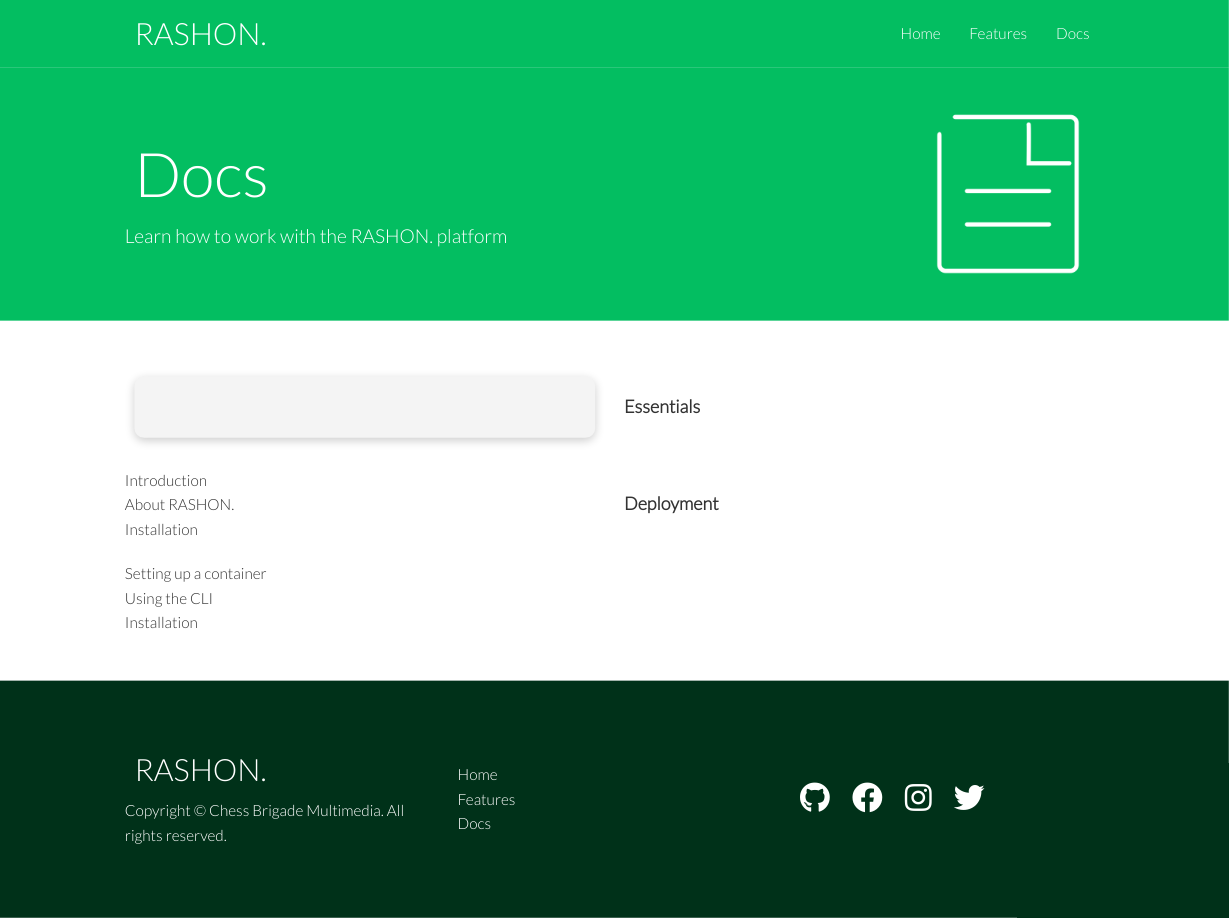
Repository: Skilis/website-modern
Page: docs.html
These files come from the project's save history. The page is drawn as it stood at one moment and after the next save; the edit follows.
The browser window is 1280 px wide. The pictures show the whole page, at 96% of full size.

Above is the page before, as saved 2020-10-23 17:58:38.

### docs.html
<!DOCTYPE html>
<html lang="en">

<head>
  <meta charset="UTF-8">
  <meta name="viewport" content="width=device-width, initial-scale=1.0">
  <link rel="stylesheet" href="https://cdnjs.cloudflare.com/ajax/libs/font-awesome/5.15.1/css/all.min.css"
    integrity="sha512-+4zCK9k+qNFUR5X+cKL9EIR+ZOhtIloNl9GIKS57V1MyNsYpYcUrUeQc9vNfzsWfV28IaLL3i96P9sdNyeRssA=="
    crossorigin="anonymous" />
  <link rel="stylesheet" href="css/utilities.css">
  <link rel="stylesheet" href="css/style.css">

  <title>Rashon | Cloud Hosting For The SuperPhly</title>
</head>

<body>
  <!-- Navbar-->
  <div class="navbar">
    <div class="container flex">
      <h1 class="logo">RASHON.</h1>
      <nav>
        <ul>
          <li><a href="index.html">Home</a></li>
          <li><a href="features.html">Features</a></li>
          <li><a href="docs.html">Docs</a></li>
        </ul>
      </nav>
    </div>

  </div>

  <!-- Head -->
  <section class="docs-head bg-primary py-3">
    <div class="container grid">
      <div>
        <h1 class="xl">Docs</h1>
        <p class="lead">Learn how to work with the RASHON. platform</p>
      </div>
      <img src="images/docs.png" alt="">
    </div>
  </section>

  <!-- Docs Main-->

  <section class="docs-main my-4">
    <div class="container grid">
      <div class="card bg-light p-3"></div>
      <h3 class="my-2">Essentials</h3>
      <nav>
        <ul>
          <li><a href="#">Introduction</a></li>
          <li><a href="#">About RASHON.</a></li>
          <li><a href="#">Installation</a></li>
        </ul>
      </nav>

      <h3 class="my-2">Deployment</h3>
      <nav>
        <ul>
          <li><a href="#">Setting up a container</a></li>
          <li><a href="#">Using the CLI</a></li>
          <li><a href="#">Installation</a></li>
        </ul>
      </nav>
    </div>

  </section>

  <!-- Footer -->

  <footer class="footer bg-dark py-5">
    <div class="container grid grid-3">
      <div>
        <h1>RASHON.</h1>
        <p>Copyright &copy; Chess Brigade Multimedia. All rights reserved.</p>
      </div>
      <nav>
        <ul>
          <li><a href="index.html">Home</a></li>
          <li><a href="features.html">Features</a></li>
          <li><a href="docs.html">Docs</a></li>
        </ul>
      </nav>
      <div class="social">
        <a href="https://skilis.github.io/CBMM-Development/"><i class="fab fa-github fa-2x"></i></a>
        <a href="https://www.facebook.com/ChessChessBrigadeInc/"><i class="fab fa-facebook fa-2x"></i></a>
        <a href="https://www.instagram.com/skilis_creates/"><i class="fab fa-instagram fa-2x"></i></a>
        <a href="https://twitter.com/skilisthedon"><i class="fab fa-twitter fa-2x"></i></a>
      </div>
    </div>
  </footer>


</body>

</html>

### css/utilities.css
.container {
  max-width: 1100px;
  margin: 0 auto;
  overflow: auto;
  padding: 0 40px;
}

.card {
  background-color: #fff;
  color: #333;
  border-radius: 10px;
  box-shadow: 0 3px 10px rgba(0, 0, 0, 0.2);
  padding: 20px;
  margin: 10px;
}

.btn {
  display: inline-block;
  padding: 10px 30px;
  cursor: pointer;
  background: var(--primary-color);
  color: #fff;
  border: none;
  border-radius: 5px;
}

.btn-outline {
  background-color: transparent;
  border: 1px #fff solid;
}

.btn:hover {
  transform: scale(.98);
}

/* Backgrounds & Colored Buttons */

.bg-primary,
.btn-primary {
  background-color: var(--primary-color);
  color: #fff;
}

.bg-secondary,
.btn-secondary {
  background-color: var(--secondary-color);
  color: #fff;
}

.bg-dark,
.btn-dark {
  background-color: var(--dark-color);
  color: #fff;
}

.bg-primary a,
.btn-primary a,
.bg-secondary a,
.btn-secondary a,
.bg-dark a,
.btn-dark a {
  color: #fff;
}

.bg-light,
.btn-light {
  background-color: var(--light-color);
  color: #333;
}

/* Text Sizes */

.lead {
  font-size: 20px;
}

.sm {
  font-size: 1rem;
}

.md {
  font-size: 2rem;
}

.lg {
  font-size: 3rem;
}

.xl {
  font-size: 4rem;
}

.text-center {
  text-align: center;
}

.flex {
  display: flex;
  justify-content: center;
  align-items: center;
  height: 100%;
}

.grid {
  display: grid;
  grid-template-columns: repeat(2, 1fr);
  gap: 20px;
  justify-content: center;
  align-items: center;
  height: 100%;
}

.grid-3 {
  grid-template-columns: repeat(3, 1fr);
}

/* Margin */

.my-1 {
  margin: 1rem;
}

.my-2 {
  margin: 1.5rem 0;
}

.my-3 {
  margin: 2rem 0;
}

.my-4 {
  margin: 3rem 0;
}

.my-5 {
  margin: 4rem 0;
}

.m-1 {
  margin: 1rem;
}

.m-2 {
  margin: 1.5rem;
}

.m-3 {
  margin: 2rem;
}

.m-4 {
  margin: 3rem;
}

.m-5 {
  margin: 4rem;
}

/* Padding */

.py-1 {
  padding: 1rem;
}

.py-2 {
  padding: 1.5rem 0;
}

.py-3 {
  padding: 2rem 0;
}

.py-4 {
  padding: 3rem 0;
}

.py-5 {
  padding: 4rem 0;
}

.p-1 {
  padding: 1rem;
}

.p-2 {
  padding: 1.5rem;
}

.p-3 {
  padding: 2rem;
}

.p-4 {
  padding: 3rem;
}

.p-5 {
  padding: 4rem;
}

### css/style.css
@import url('https://fonts.googleapis.com/css2?family=Lato:wght@300&display=swap');

:root {
  --primary-color: #03be61;
  --secondary-color: #026e38;
  --dark-color: #003119;
  --light-color: #f4f4f4;
}

* {
  box-sizing: border-box;
  padding: 0;
  margin: 0;
}

body {
  font-family: 'Lato', sans-serif;
  color: #333;
  line-height: 1.6;
}

ul {
  list-style-type: none;
}

a {
  text-decoration: none;
  color: #333;
}

h1,
h2 {
  font-weight: 300;
  line-height: 1.2;
  margin: 10px;
}

p {
  margin: 10px 0;
}

img {
  width: 100%;
}

/* Navrbar*/

.navbar {
  background-color: var(--primary-color);
  color: #fff;
  height: 70px;
}

.navbar ul {
  display: flex;
}

.navbar a {
  color: #fff;
  padding: 10px;
  margin: 0 5px;
}

.navbar a:hover {
  border-bottom: 2px white solid;
}

.navbar .flex {
  justify-content: space-between;
}

/* Showcase*/

.showcase {
  height: 400px;
  background-color: var(--primary-color);
  color: white;
  position: relative;
}

.showcase h1 {
  font-size: 40px;
}

.showcase p {
  margin: 20px 0;
}

.showcase .grid {
  overflow: visible;
  grid-template-columns: 55% 45%;
  gap: 30px;
}

.showcase-form {
  position: relative;
  top: 60px;
  height: 350px;
  width: 400px;
  padding: 40px;
  z-index: 100;
}

.showcase-form .form-control {
  margin: 30px 0;
}

.showcase-form input[type='text'],
.showcase-form input[type='email'] {
  border: 0;
  border-bottom: 1px solid #b4becb;
  width: 100%;
  padding: 3px;
  font-size: 16px;
}

.showcase-form input:focus {
  outline: none;
}

.showcase::before,
.showcase::after {
  content: '';
  position: absolute;
  height: 100px;
  bottom: -70px;
  right: 0;
  left: 0;
  background: white;
  transform: skewY(-3deg);
  -webkit-transform: skewY(-3deg);
  -moz-transform: skewY(-3deg);
  -ms-transform: skewY(-3deg);
}

/* Stats */

.stats {
  padding-top: 100px;
}

.stats-heading {
  max-width: 500px;
  margin: auto;
}

.stats .grid h3 {
  font-size: 35px;
}

.stats .grid p {
  font-size: 20px;
  font-weight: bold;
}

/* Cli */

.cli .grid {
  grid-template-columns: repeat(3, 1fr);
  grid-template-rows: repeat(2, 1fr);
}

.cli .grid>*:first-child {
  grid-column: 1 / span 2;
  grid-row: 1 / span 2;
}

/* Cloud */

.cloud .grid {
  grid-template-columns: 4fr 3fr;
}

/* Languages */

.languages .flex {
  flex-wrap: wrap;
}

.languages .card {
  text-align: center;
  margin: 18px 10px 40px;
  transition: transform 0.2s ease-in;
}

.languages .card h4 {
  font-size: 20px;
  margin-bottom: 10px;
}

.languages .card:hover {
  transform: translateY(-15px);
}

/* Features */

.features-head img,
.docs-head img {
  width: 200px;
  justify-self: flex-end;
}

.features-sub-head img {
  width: 300px;
  justify-self: flex-end;
}

.features-main .card>i {
  margin-right: 20px;
}

.features-main .grid {
  padding: 30px;
}

.features-main .grid>*:first-child {
  grid-column: 1 / span 3;
}

.features-main .grid>*:nth-child(2) {
  grid-column: 1 / span 2;
}

/* Footer */

.footer .social a {
  margin: 0 10px;
}

/* Tablets and under*/

@media(max-width: 768px) {

  .grid,
  .showcase .grid,
  .stats .grid,
  .cli .grid,
  .cloud .grid {
    grid-template-columns: 1fr;
    grid-template-rows: 1fr;
  }

  .showcase {
    height: auto;
  }

  .showcase-text {
    text-align: center;
    margin-top: 40px;
  }

  .showcase-form {
    justify-self: center;
    margin: auto;
  }

  .cli .grid>*:first-child {
    grid-column: 1;
    grid-row: 1;
  }

}

/* Mobile*/

@media(max-width: 500px) {
  .navbar {
    height: 110px;
  }

  .navbar .flex {
    flex-direction: column;
  }

  .navbar ul {
    padding: 10px;
    background-color: rgba(0, 0, 0, 0.1);
  }
}

After the next save:
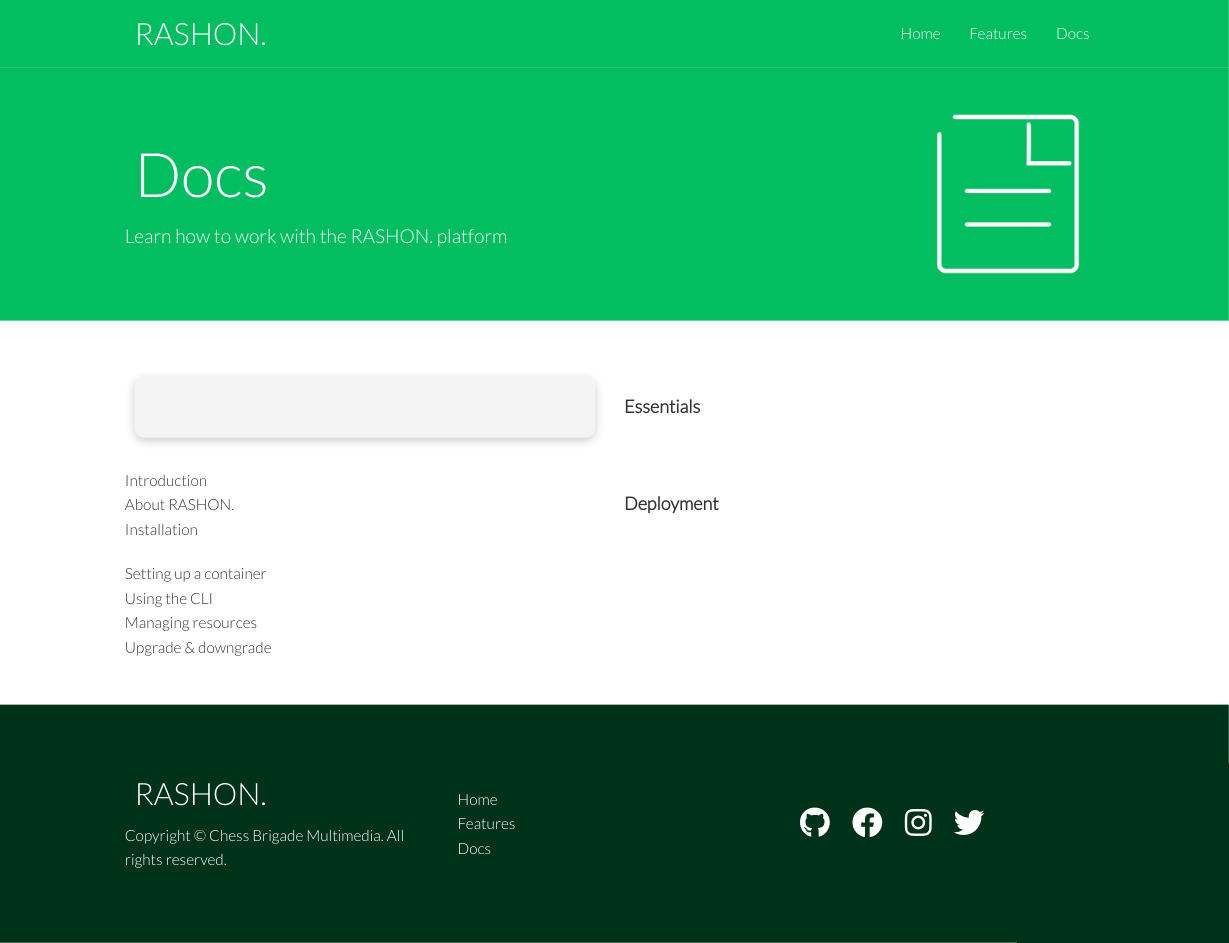
Saved 48 s later.
--- a/docs.html
+++ b/docs.html
@@ -59,7 +59,8 @@
         <ul>
           <li><a href="#">Setting up a container</a></li>
           <li><a href="#">Using the CLI</a></li>
-          <li><a href="#">Installation</a></li>
+          <li><a href="#">Managing resources</a></li>
+          <li><a href="#">Upgrade & downgrade</a></li>
         </ul>
       </nav>
     </div>
